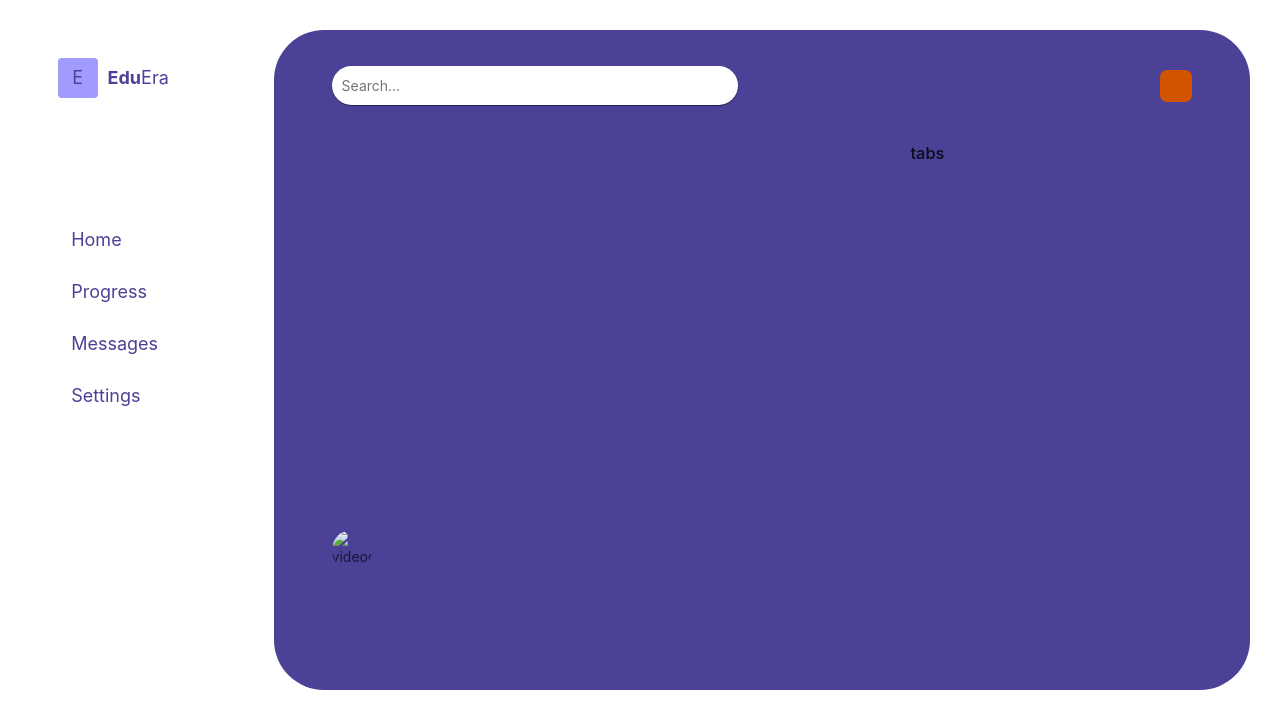
Repository: huynhnt1406/coursestorage
Page: /videodetail/1 (app in coursestorage/)
An editor plug-in stored every save of this project. The page is shown before and after the next save, followed by the edit.
The browser window is 1280 px wide. The pictures show the whole page.
The page's requests for data from a server got no answer. The project was rebuilt for these pictures with package versions that can differ from the ones it lists, and the page was loaded fresh each time. No one was signed in, and anything a server would have sent is missing. Also part of the build but not shown: coursestorage/src/components/ListItems.vue, coursestorage/src/components/VideoList.vue, coursestorage/src/smallcomponents/Messages.vue, coursestorage/src/smallcomponents/Progress.vue, coursestorage/src/smallcomponents/Settings.vue.

Above is the page before, as saved 2021-05-01 23:34:27.

After the next save:
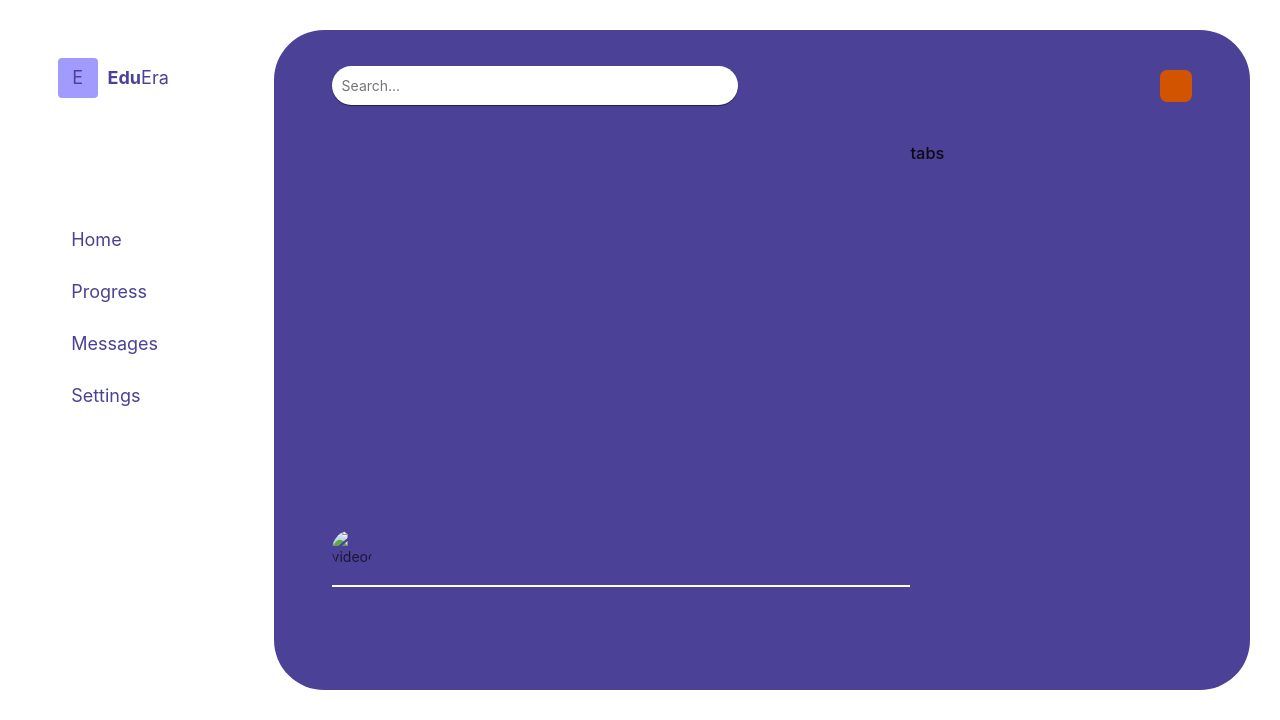
Saved 67 s later.
--- a/coursestorage/src/smallcomponents/VideoDetail.vue
+++ b/coursestorage/src/smallcomponents/VideoDetail.vue
@@ -87,7 +87,9 @@ export default {
     display: flex;
     justify-content: space-between;
     align-items: center;
-    margin-top:2vh;
+    padding-top:2vh;
+    padding-bottom: 2vh;
+    border-bottom: 2px solid white;
 }
 .button{
     margin-left:3vh;
